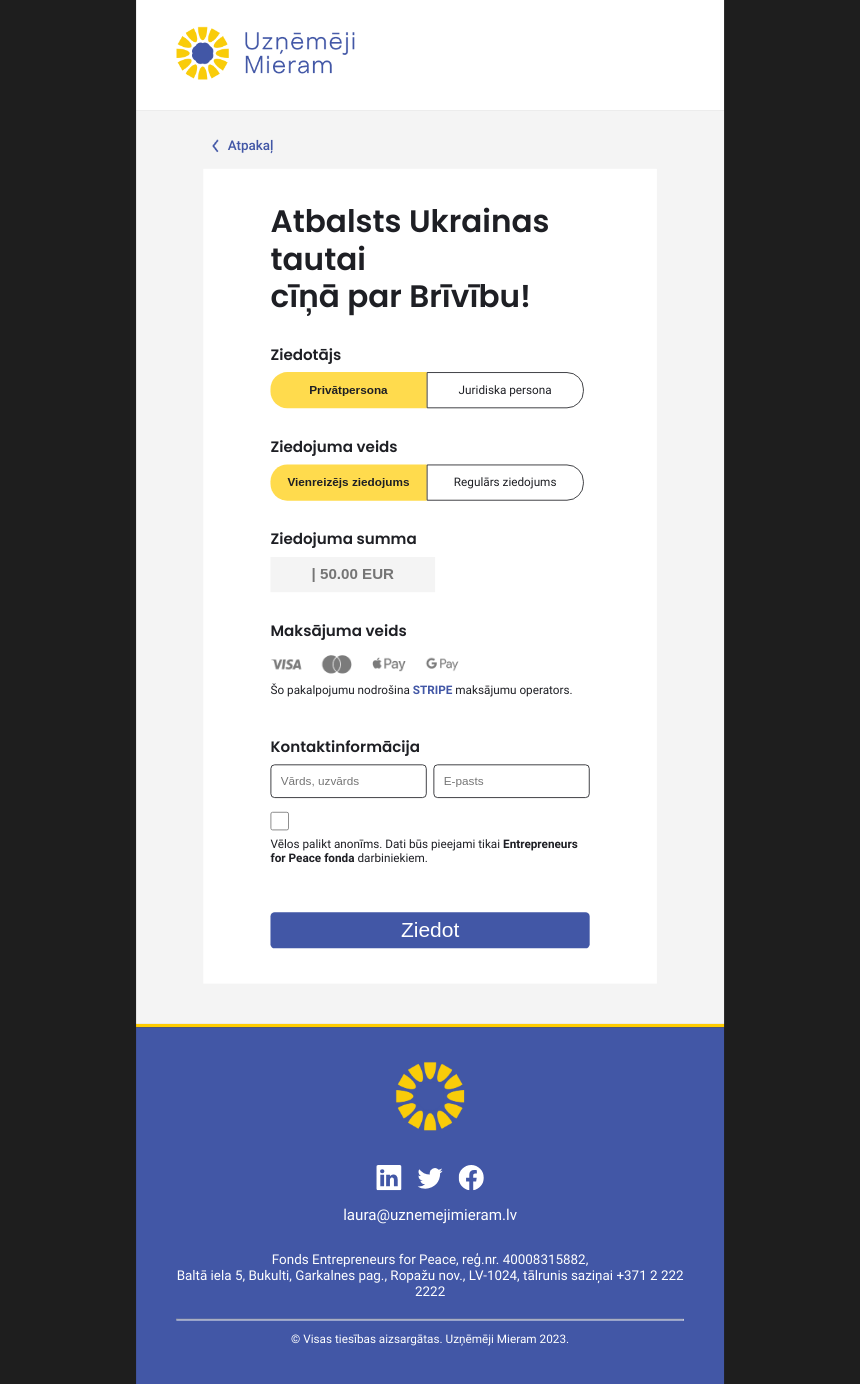
Repository: KatrinaPa/projekts_jul
Page: donate_Ukr-private-onetime.html
These files come from the project's save history. The page is drawn as it stood at one moment and after the next save; the edit follows.
The browser window is 1024 px wide. The pictures show the whole page, at 84% of full size.

Above is the page before, as saved 2023-07-24 14:58:48.
Console error: TypeError: Cannot read properties of null (reading 'addEventListener')

After the next save:
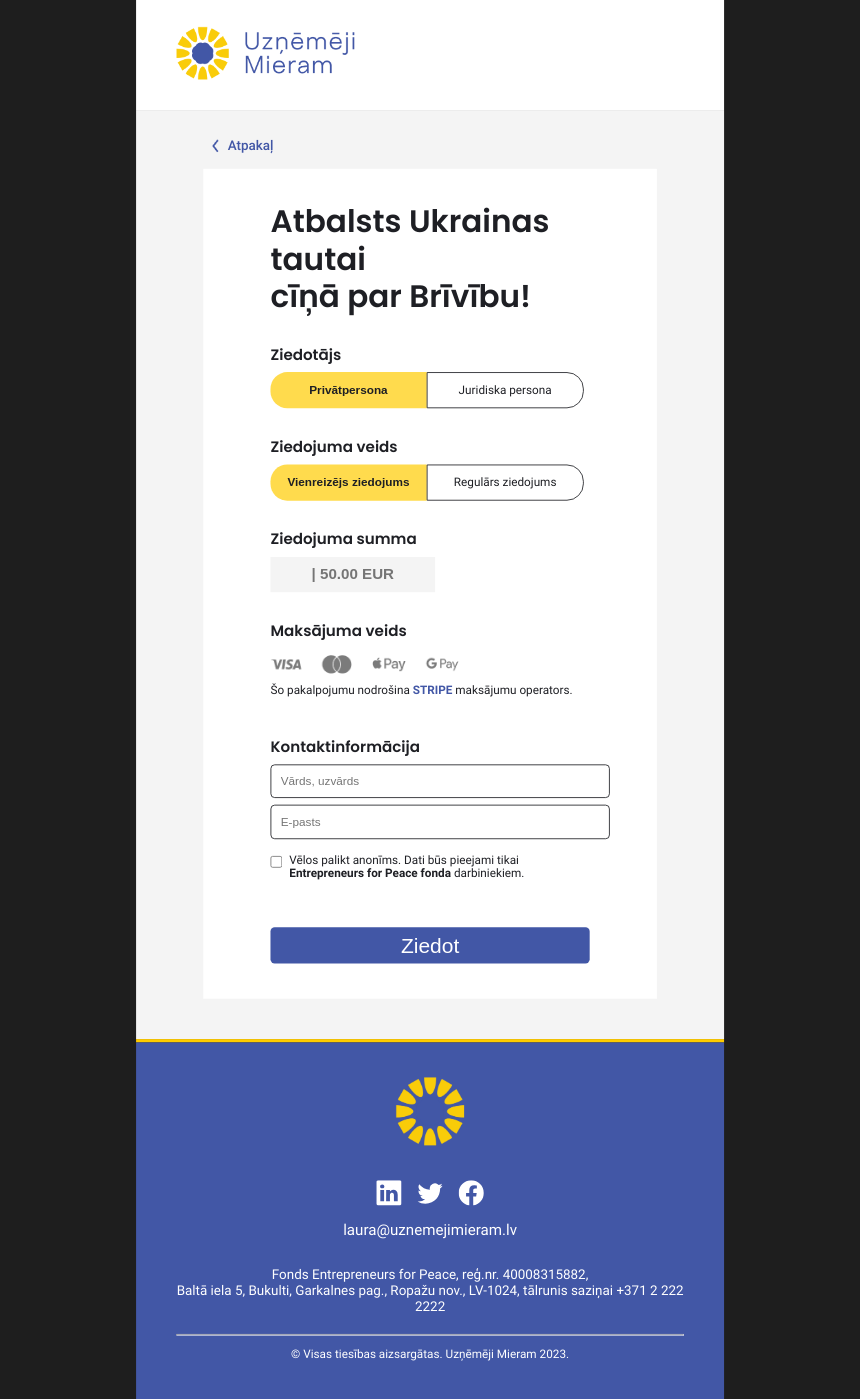
Saved 10 s later.
--- a/assets/donate-page.css
+++ b/assets/donate-page.css
@@ -253,11 +253,11 @@
 
     .inputs-details {
         gap: 0.5rem;
+        flex-direction: column;
     }
 
     .checkbox_display div {
         width: 100%;
-        flex-direction: column;
     }
 }
 
